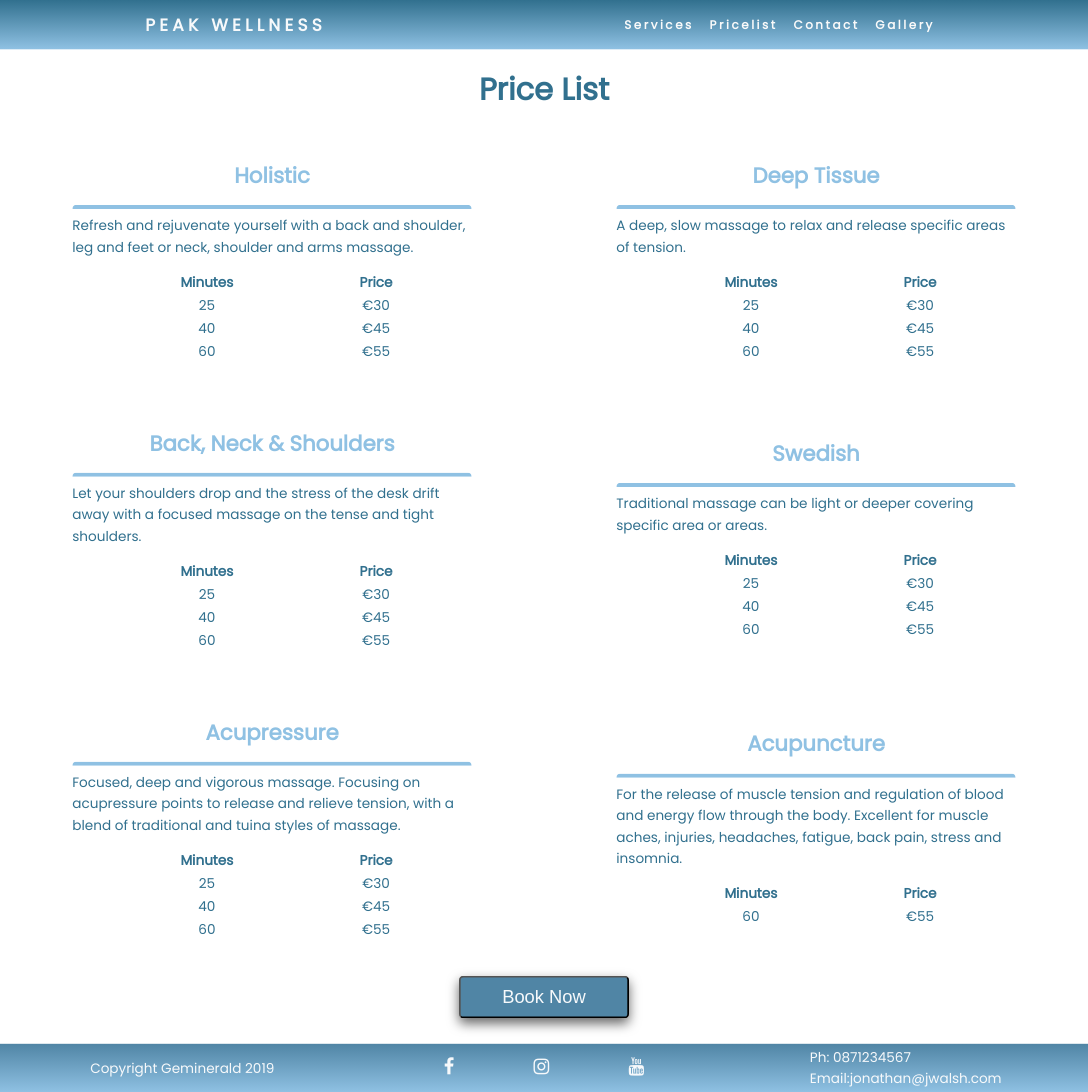
Repository: geminerald/peakwellness
Page: prices.html
The author's editor kept a record of every edit. The page is drawn from the files as they stood at one moment, then again after the next edit.
The browser window is 1280 px wide. The pictures show the whole page, at 85% of full size.
The pointer rests on the first visible `button`.

Above is the page before.

After the next edit:
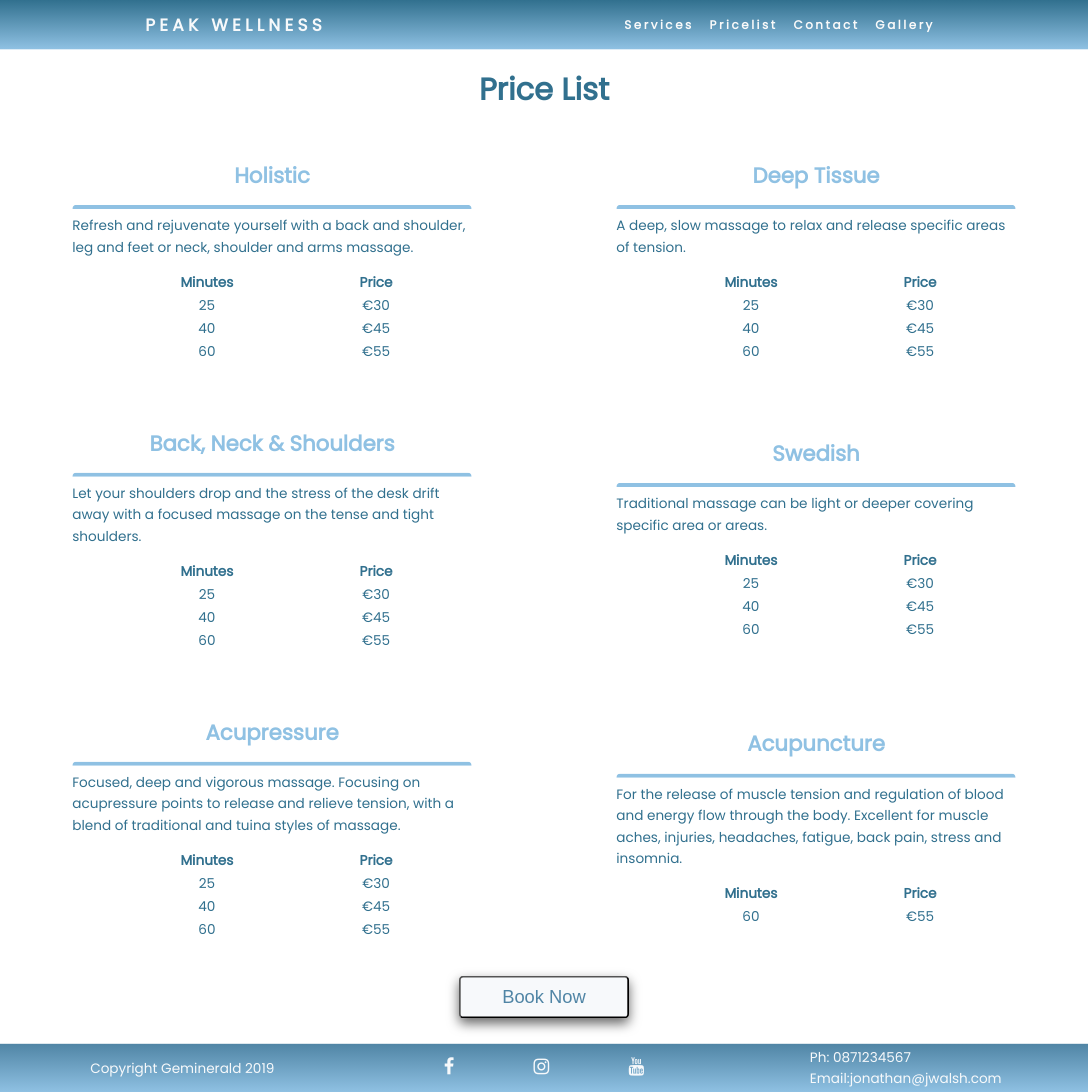
The edit:
--- a/assets/style.css
+++ b/assets/style.css
@@ -337,6 +337,8 @@
 
 button:hover {
     box-shadow: 0 6px 14px 0 rgba(0, 0, 0, 0.6);
+    color:#5085a5;
+    background-color:#f7f9fb;
 }
 
 /*----------------------------------------------------------------Services*/
